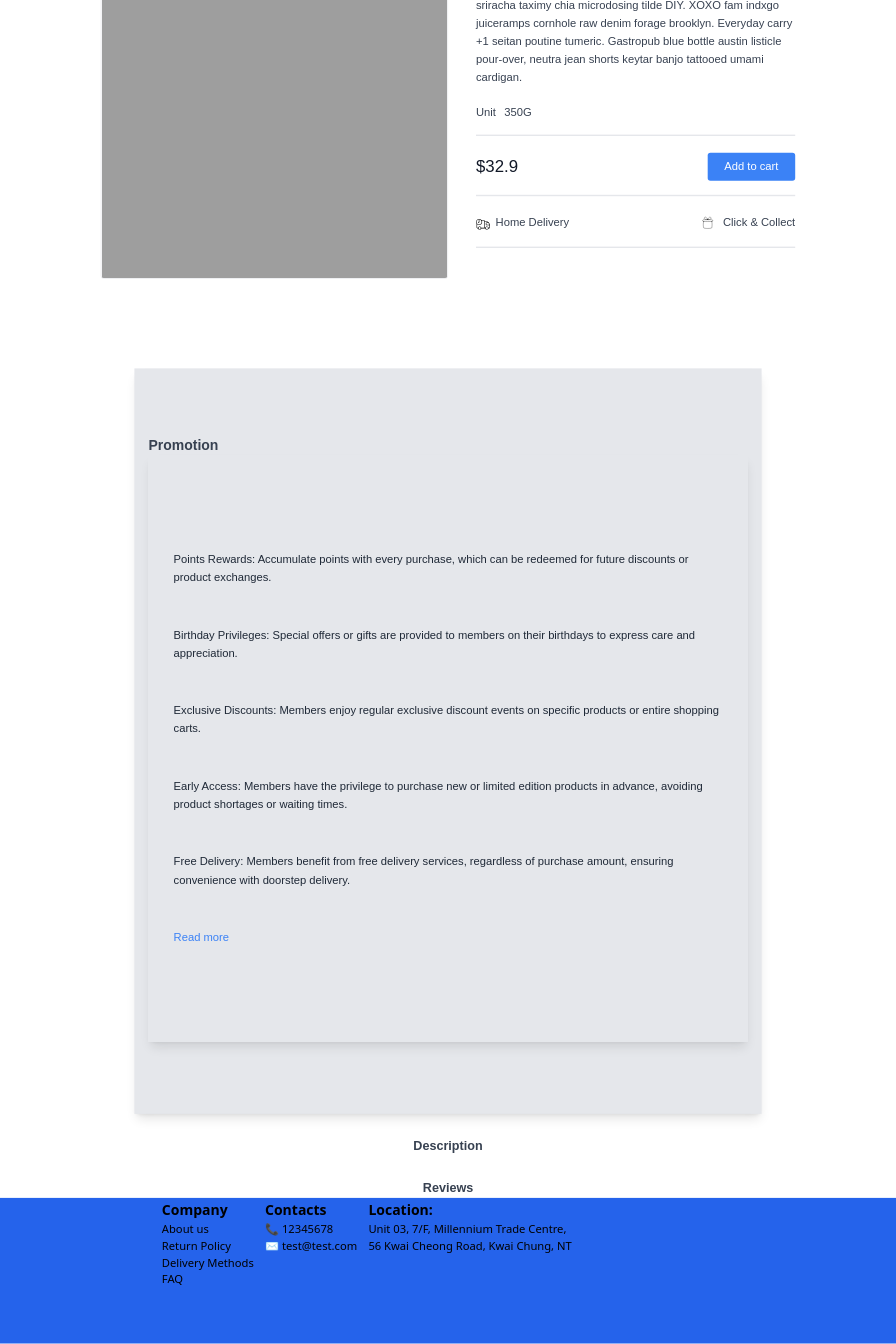
Repository: Harris132451/Final-Project-eShop
Page: /products/0.6MM THINLY WRAPPED PORK DUMPLING
An editor plug-in stored every save of this project. The page is shown before and after the next save, followed by the edit.
The browser window is 1280 px wide. The pictures show the part of the page from y = 495 to 2415 px (the page is 2415 px tall before and 2303 px after), at 70% of full size.
Pictures or frames that could not be fetched are drawn as grey boxes. The page's requests for data from a server got no answer. The project was rebuilt for these pictures with package versions that can differ from the ones it lists, and the page was loaded fresh each time. No one was signed in, and anything a server would have sent is missing. Also part of the build but not shown: src/Page/Component/controlNum.js, src/Page/Component/PCinCart.js, src/Page/Component/SC.js, src/Page/Component/Slider.js, src/Page/Component/Loading/Loader.css, src/Page/Home.js, src/Page/Component/TPinCart.js, src/Page/Checkout.js and 5 more.

Above is the page before, as saved 2024-04-14 23:20:43.

After the next save:
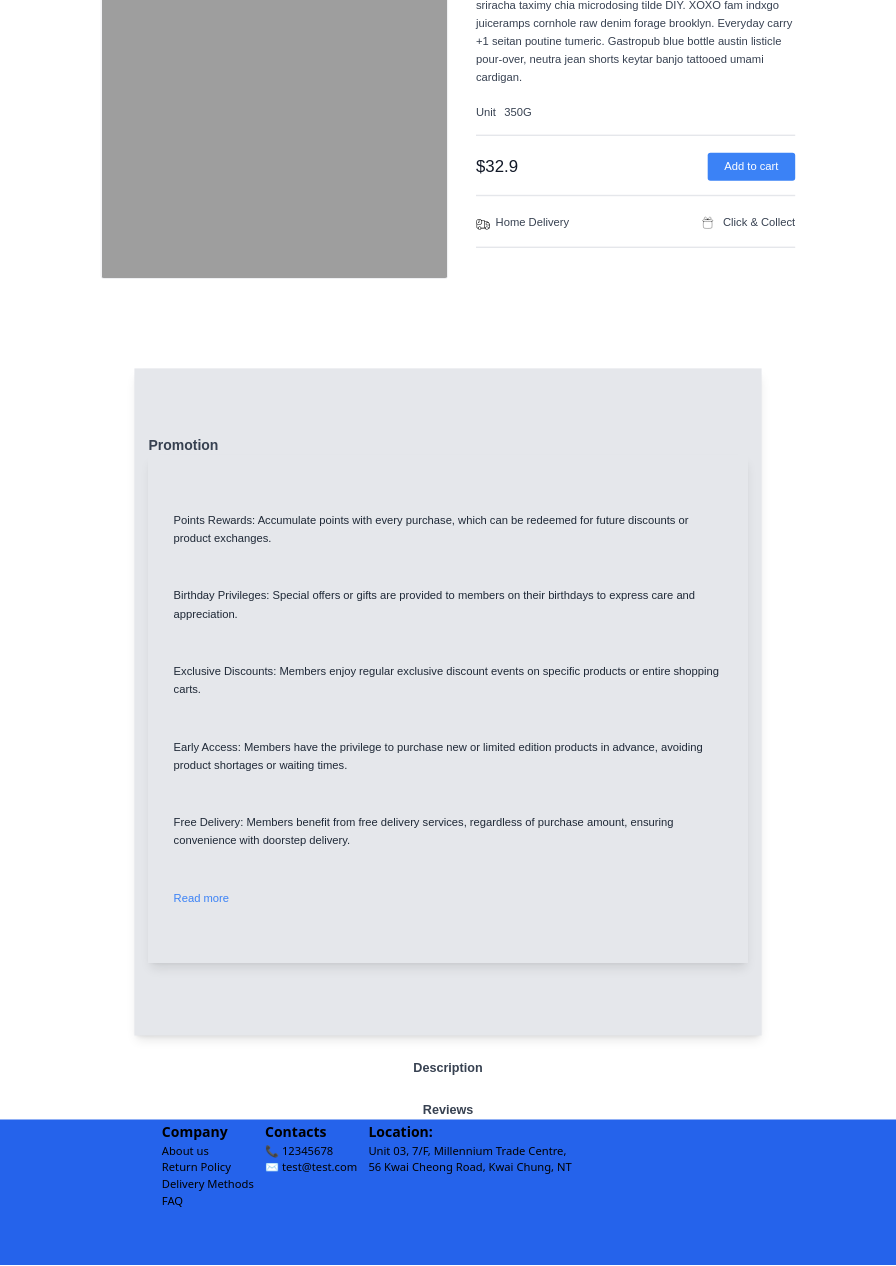
Saved 77 s later.
--- a/src/Page/Component/productPromotion.js
+++ b/src/Page/Component/productPromotion.js
@@ -21,7 +21,7 @@ function ProductPromotion() {
   ];
 
   return (
-    <div className="container px-5 py-24 mx-auto bg-white-200 shadow-lg max-w-4xl truncate inline-block">
+    <div className="container px-5 py-10 mx-auto bg-white-200 shadow-lg max-w-4xl truncate inline-block">
 
         {promoContent.slice(0, expanded ? promoContent.length : 5).map((content, index) => (
           <div key={index} className="product-promotion-item my-6 leading-relaxed text-gray-800 truncate transition duration-500 hover:bg-gray-100 hover:text-blue-500 hover:shadow-lg rounded-lg p-4 whitespace-normal">{content}</div>
